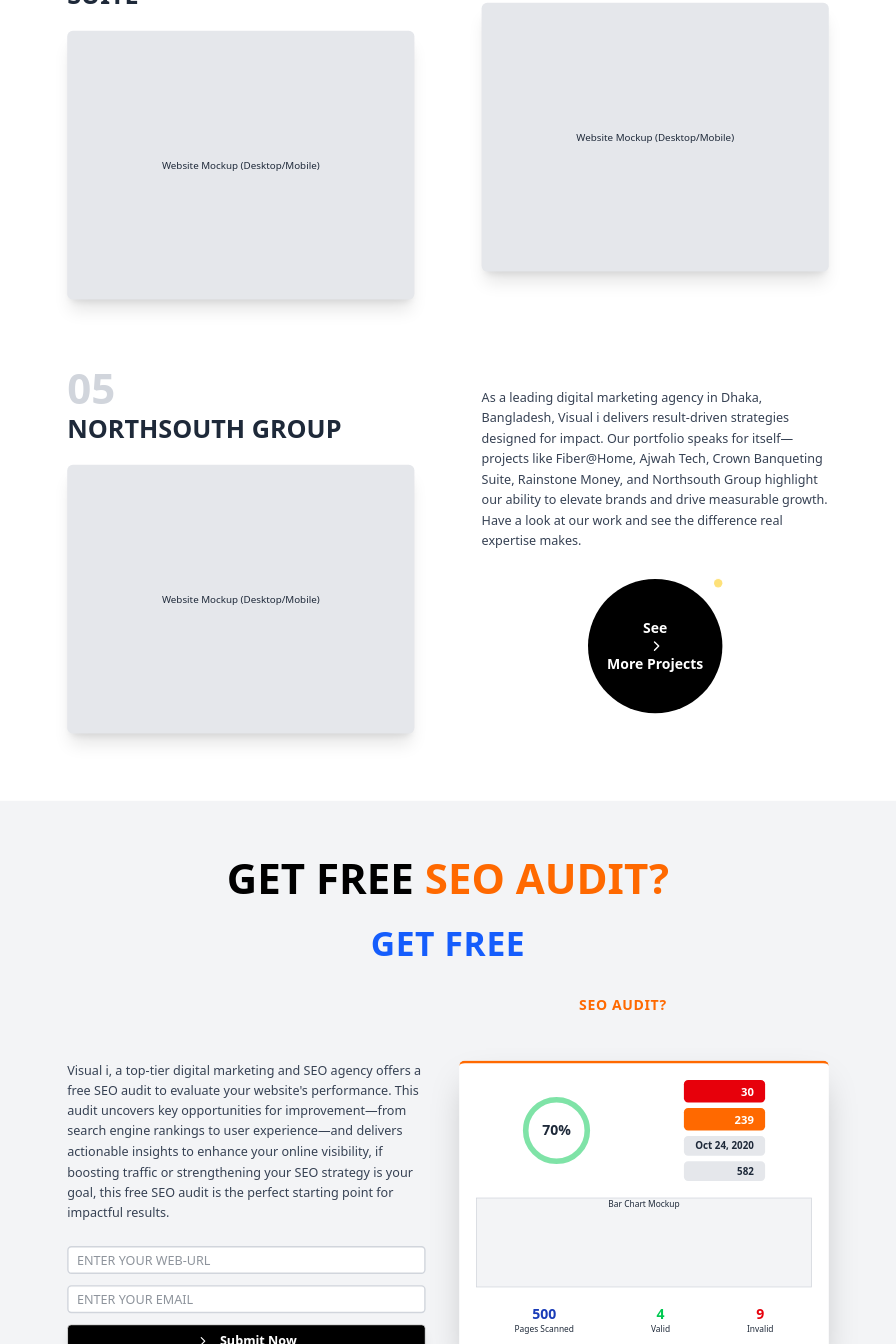
Repository: mdmuhibullahhabib/weboria
Page: /
An editor plug-in stored every save of this project. The page is shown before and after the next save, followed by the edit.
The browser window is 1280 px wide. The pictures show the part of the page from y = 4580 to 6500 px (the page is 9387 px tall before and 9407 px after), at 70% of full size.
The project was rebuilt for these pictures with package versions that can differ from the ones it lists, and the page was loaded fresh each time. Some packages were replaced by stand-ins written for this rebuild. The framework's server and built-in components were replaced by stand-ins that run in the browser. Also part of the build but not shown: next.config.mjs.

Above is the page before, as saved 2025-10-03 11:28:49.

After the next save:
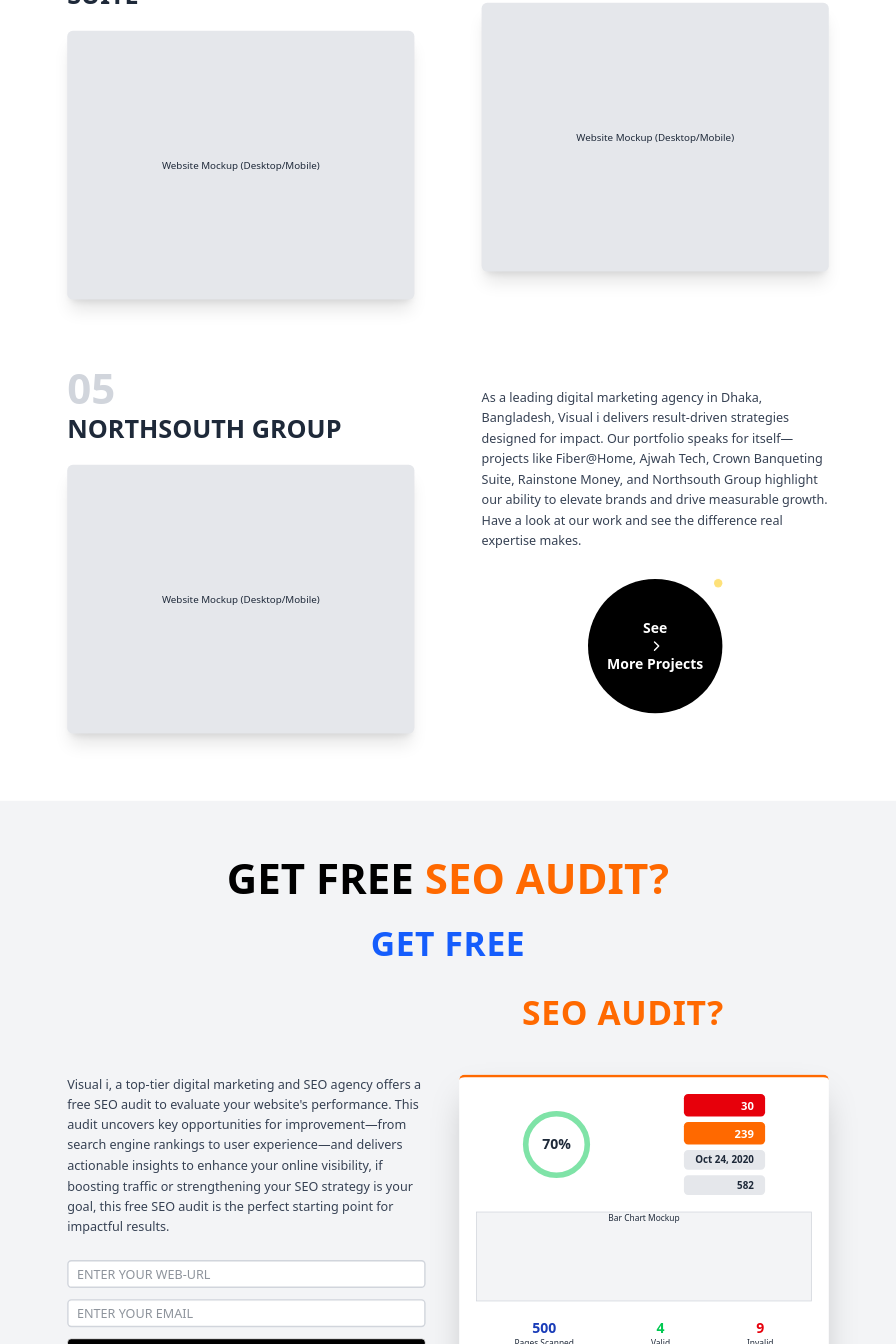
Saved 14 s later.
--- a/src/components/SectionTitle.jsx
+++ b/src/components/SectionTitle.jsx
@@ -7,7 +7,7 @@
         {/* <span className="text-blue-600">{titleTop}</span> */}
         <h2 className="text-5xl font-extrabold text-blue-600 text-center">{titleTop}</h2>
         <br />
-        <h2 className='text-orange-500 font-semibold text-xl ml-[500px]'> {titleBottom}</h2>
+        <h2 className='text-orange-500 font-semibold text-5xl ml-[500px]'> {titleBottom}</h2>
       </div>
     </div>
   );
